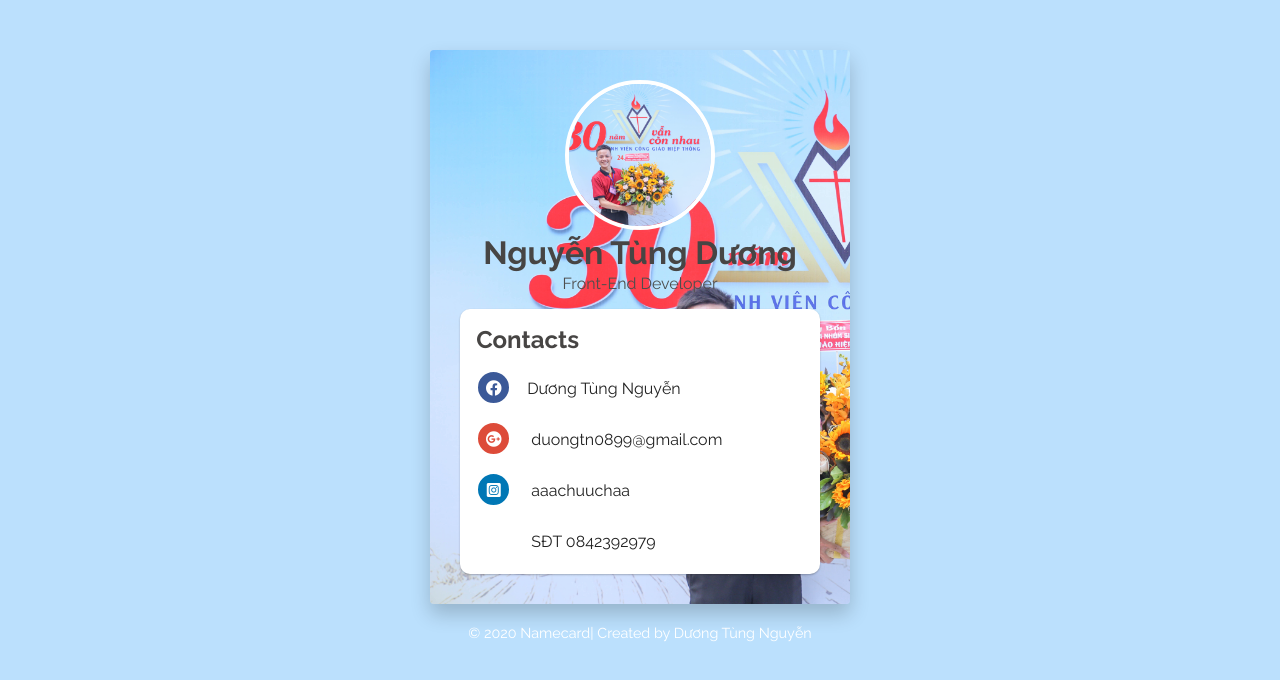
Repository: DuongTungNguyen0899/Card_Duong.github.io
Page: index.html
An editor plug-in stored every save of this project. The page is shown before and after the next save, followed by the edit.
The browser window is 1280 px wide. The pictures show the whole page.

Above is the page before, as saved 2021-06-27 18:40:32.

### index.html
<!DOCTYPE HTML>
<html>
<head>
<title>Shaded Profile Widget Flat Responsive Widget Template :: w3layouts</title>
<!-- Custom Theme files -->
<link href="css/style.css" rel="stylesheet" type="text/css" media="all"/>
<!-- for-mobile-apps -->
<meta http-equiv="Content-Type" content="text/html; charset=utf-8" />
<meta name="viewport" content="width=device-width, initial-scale=1, maximum-scale=1">
<meta http-equiv="Content-Type" content="text/html; charset=utf-8" />
<!-- //for-mobile-apps -->
<!-- font-awesome icons -->
<link href="css/fontawesome-free-5.15.3-web/css/fontawesome.css" rel="stylesheet">
<link rel="stylesheet" href="css/fontawesome-free-5.15.3-web/css/all.min.css">
<!-- //font-awesome icons -->
<!--Google Fonts-->
<link href="https://fonts.googleapis.com/css2?family=Raleway:wght@400;500;600;700&display=swap" rel="stylesheet">
</head>
<body>
<!--profile start here-->

<div class="profile">
	<div class="wrap">
		<div class="profile-main">
			<div class="profile-pic wthree">
				<img src="img/IMG_7157.JPG" alt="">
				<h2>Nguyễn Tùng Dương</h2>
				<p>Front-End Developer</p>
			</div>
			<!-- <div class="w3-message">
				<h5>About Me</h5>
				<p>Chào bạn ! Chúng mình là ADC Studio.Liên hệ cho chúng mình nhé ^_^</p>
			</div> -->
			<div class="w3ls-touch">
				<h5>Contacts</h5>
				<div class="social">
					<ul>
						<li><a href="https://www.facebook.com/DuongTung.td/"> <i class="fab fa-facebook" aria-hidden="true"></i><p>Dương Tùng Nguyễn</p></a></li>
						<!-- <li><a href="#"><i class="fa fa-twitter" aria-hidden="true"></i> <p>Connected To Twitter</p></a></li> -->
						<!-- <li><a href="#"><i class="fa fa-linkedin" aria-hidden="true"></i> <p>Connected To Linkedin</p></a></li> -->
                        <li><a href="duongtn0899@gmail.com"><i class="fab fa-google-plus" aria-hidden="true"></i> <p>duongtn0899@gmail.com</p></a></li>
                        <!-- <li><a href="#"> <img src="/img/iconfinder_7044033_zalo_icon_512px.png" class="fab fa-zalo" alt=""> <p>Connected To Zalo</p></a></li> -->
						<li><a href="https://www.instagram.com/aaachuuchaa/"><i class="fab fa-instagram-square"></i> <p>aaachuuchaa</p></a></li>
						<li><a href="tel: 0842392979"><i class="fab fa-phone"></i> <p>SĐT 0842392979</p></a></li>
					</ul>
				</div>
			</div>
		</div>
		<div class="wthree_footer_copy">
			<p>© 2020 Namecard| Created by <a href="#">Dương Tùng Nguyễn</a></p>
		</div>
	</div>
</div>
<!--profile end here-->

</body>
</html>

### css/style.css
*,
*::before,
*::after {
	margin: 0;
	padding: 0;
	box-sizing: border-box;
}

html {

}


ul{list-style:none;}
a {text-decoration: none;}
img {
	width:150px;
	height:150px;
}
/*end reset*/
body{
	padding: 30px;
    background: #bbe0fd;
    background-size: cover;
   font-family: 'Raleway', sans-serif;
}
.wrap {
    width: 80%;
    margin: 0 auto;
}
/*--profile start here--*/
.heading-1 {
	font-size: 35px;
	font-weight: 400;
	letter-spacing: 1.2;
}
h1 {
    font-size: 3em;
    color: #fff;
    text-align: center;
}
.profile-main {
    background: url(./img/IMG_7157.JPG) no-repeat 0px 0px;
	background-size:cover;
    width: 45%;
    margin: 20px auto;
    padding: 30px;
    border-radius: 4px;
    box-shadow: 0 10px 20px rgba(0,0,0,.2);
}
.profile-pic {
    margin: 0 0 1em 0;
    text-align: center;
}
.profile-pic img {
    border:4px solid #fff;
	border-radius: 82px;
	object-fit: cover;
	    transition: 0.5s all;
    -webkit-transition: 0.5s all;
    -moz-transition: 0.5s all;
    -o-transition: 0.5s all;
}
.profile-pic h2 {
    font-size: 2em;
    color: #474544;
    margin-bottom: 0.1em;
}
.profile-pic p {
    font-size: 1em;
    color:#4E4E4E;
}
.wthree_tab_grid_sub {
    margin: 1em 0 0 0;
}
.wthree_tab_grid_sub_left {
	float: left;
    width: 26.2%;
    padding: .5em;
    text-align: center;
    background: #d3aefe;
}
.wthree_tab_grid_sub_left h5 {
    font-size: 1.5em !important;
    color: #fff !important;
    font-weight: 700;
}
.wthree_tab_grid_sub_left p {
	color: #fff !important;
    font-size: .9em !important;
    margin: 0 !important;
}
.wthree_tab_grid_sub_left:nth-child(2) {
    margin: 0 1em;
}
.w3-message,.w3ls-touch{
    padding: 1em;
    box-shadow: 0 0px 1px rgba(197, 197, 197, 0.19),0 1px 2px rgba(0, 0, 0, 0.24);
    background: #fff;
}
.w3-message h5,.w3ls-touch h5{
	color:#474544;
	font-size:1.5em;
	margin:0;
}
.w3-message p{
	color:#c5b7b7;
	font-size:16px;
	margin:1em 0 0 0;
	line-height:1.8em;
}
.w3ls-touch{
	margin:1em 0 0 0;
	border-radius: 10px;
}
.social {
	margin: 1em 0 0 0;
}
.social ul{
	padding:0;
	margin:0;
}
.social ul li{
    display: block;
	margin:1em 0 0 0;
}
.social ul li:nth-child(1){
	margin:0;
}
.social ul li a {
	color: #333;
    text-align: center;
}
.social ul li a i.fab.fa-facebook,.social ul li a img.fab.fa-zalo,.social ul li a i.fab.fa-instagram-square,.social ul li a i.fab.fa-google-plus,.social ul li a i.fab.fa-phone{
    height: 35px;
    width: 35px;
    background: none;
    line-height: 32px;
    border: solid 2px #FFF;
    color: #FFF;
    border-radius: 50%;
    -webkit-border-radius: 50%;
    -moz-border-radius: 50%;
    -o-border-radius: 50%;
    -ms-border-radius: 50%;
    transition: 0.5s all;
    -webkit-transition: 0.5s all;
    -moz-transition: 0.5s all;
    -o-transition: 0.5s all;
    -ms-transition: 0.5s all;
}
.social ul li a i.fab.fa-facebook {
	background: #3b5998;
}
.social ul li a img.fab.fa-zalo{
	background: #1da1f2;
}
.social ul li a i.fab.fa-instagram-square{
	background: #0077b5;
}
.social ul li a i.fab.fa-google-plus{
	background: #dd4b39;
}
.social ul li a i.fab.fa-facebook:hover {
	border: solid 2px #3b5998;
    color: #3b5998;
	background:none;
}
.social ul li a img.fab.fa-zalo:hover{
	border: solid 2px #1da1f2;
    color: #1da1f2;
	background:none;
}
.social ul li a i.fab.fa-instagram-square:hover{
	border: solid 2px #0077b5;
    color: #0077b5;
	background:none;
}
.social ul li a i.fab.fa-google-plus:hover{
	border: solid 2px #dd4b39;
    color: #dd4b39;
	background:none;
}
.social ul li a p{
    color: #212121;
    font-size: 16px;
    margin: 0 0 0 1em;
    font-weight: 400;
    display: inline-block;
}
.wthree_footer_copy{
	text-align:center;
}
.wthree_footer_copy p{
	color:#FFFFFF;
	font-size:.9em;
	margin:0;
}
.wthree_footer_copy p a{
	color:#FFFFFF;
	text-decoration:none;
}
.wthree_footer_copy p a:hover{
	color:#212121;
}
/*-- responsive --*/
@media(max-width:1440px){
	.wthree_tab_grid_sub_left {
		width: 25.2%;
	}
}
@media(max-width:1280px){
	.profile-main {
		width: 43%;
	}
}
@media(max-width:1080px){
	body {
		padding: 10px;
	}
	.wrap {
		width: 100%;
	}
	.profile-main {
		width: 100%;
	}
}

@media(max-width:600px){
	.profile-main {
		background: url(./img/IMG_7157.JPG) no-repeat -100px 0px;
		background-size: cover;
	}
	.social ul li a p {
		font-size: 13px;
	}
}


@media(max-width:320px){
	h1 {
		font-size: 1.5em;
	}
	.wthree_tab_grid_sub_left {
		width: 21.5%;
	}
	.wthree_tab_grid_sub_left p {
		font-size: .8em !important;
	}
	.profile-main {
		background: url(./img/IMG_7157.JPG) no-repeat -173px 0px;
		background-size: cover;
	}
}
/*-- //responsive --*/

.fa-facebook:before {
    content: "\f09a";
}

Loaded but not shown: css/fontawesome-free-5.15.3-web/css/fontawesome.css (library); css/fontawesome-free-5.15.3-web/css/all.min.css (library)

After the next save:
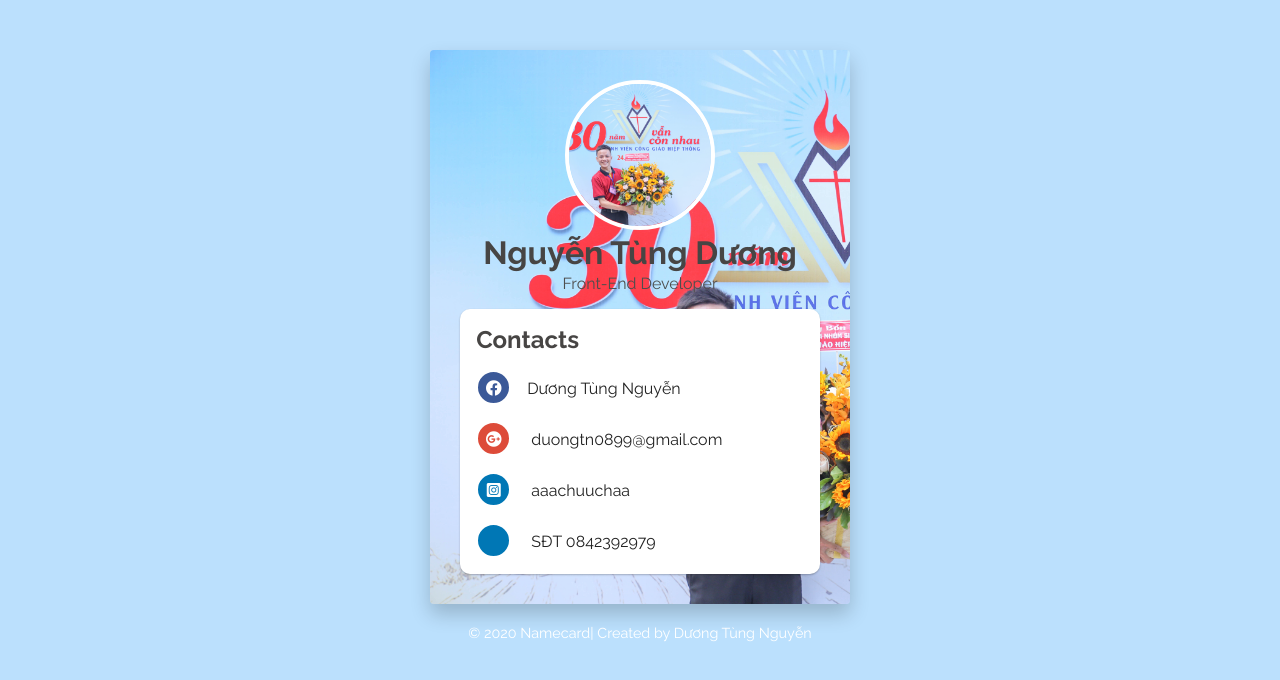
Saved 37 s later.
--- a/css/style.css
+++ b/css/style.css
@@ -158,10 +158,18 @@ h1 {
 .social ul li a i.fab.fa-instagram-square{
 	background: #0077b5;
 }
+.social ul li a i.fab.fa-phone{
+	background: #0077b5;
+}
 .social ul li a i.fab.fa-google-plus{
 	background: #dd4b39;
 }
 .social ul li a i.fab.fa-facebook:hover {
+	border: solid 2px #3b5998;
+    color: #3b5998;
+	background:none;
+}
+.social ul li a i.fab.fa-phone:hover {
 	border: solid 2px #3b5998;
     color: #3b5998;
 	background:none;
